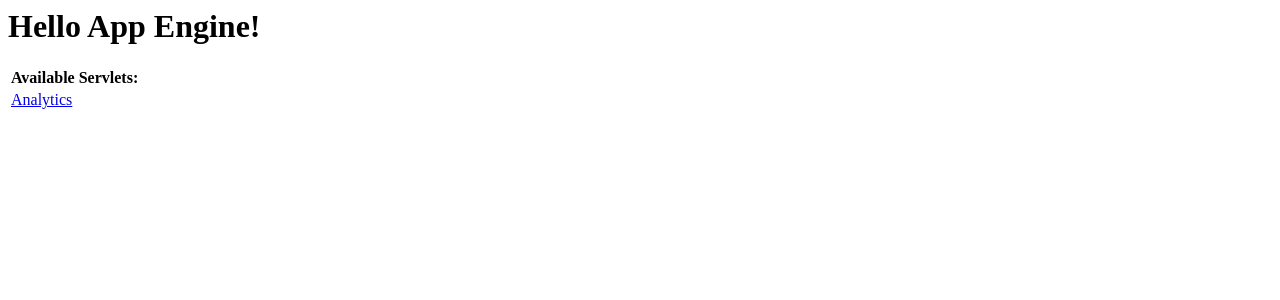
Repository: aneeshsingh/workspace
Page: analytics/war/index.html
The author's editor kept a copy of each file at every save. The page is drawn from the files as they stood at one save, then again after the next save.
The browser window is 1280 px wide. The pictures show the whole page.

Above is the page before, as saved 2016-03-06 23:36:05.

After the next save:
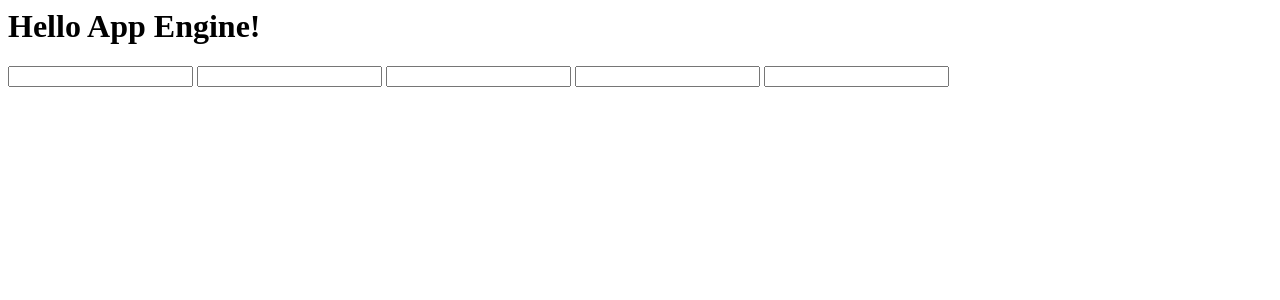
Saved 12 min 38 s later.
--- a/analytics/war/index.html
+++ b/analytics/war/index.html
@@ -15,13 +15,15 @@
   <body>
     <h1>Hello App Engine!</h1>
 
-    <table>
-      <tr>
-        <td colspan="2" style="font-weight:bold;">Available Servlets:</td>
-      </tr>
-      <tr>
-        <td><a href="analytics">Analytics</a></td>
-      </tr>
-    </table>
+		<form action="GetAnalyticsServlet" method="post">
+
+			<input type="text" name="name" id="name" />
+			<input type="text" name="name" id="name" />
+			<input type="text" name="name" id="name" />
+			<input type="text" name="name" id="name" />
+			<input type="text" name="name" id="name" />
+
+
+	</form>
   </body>
 </html>
